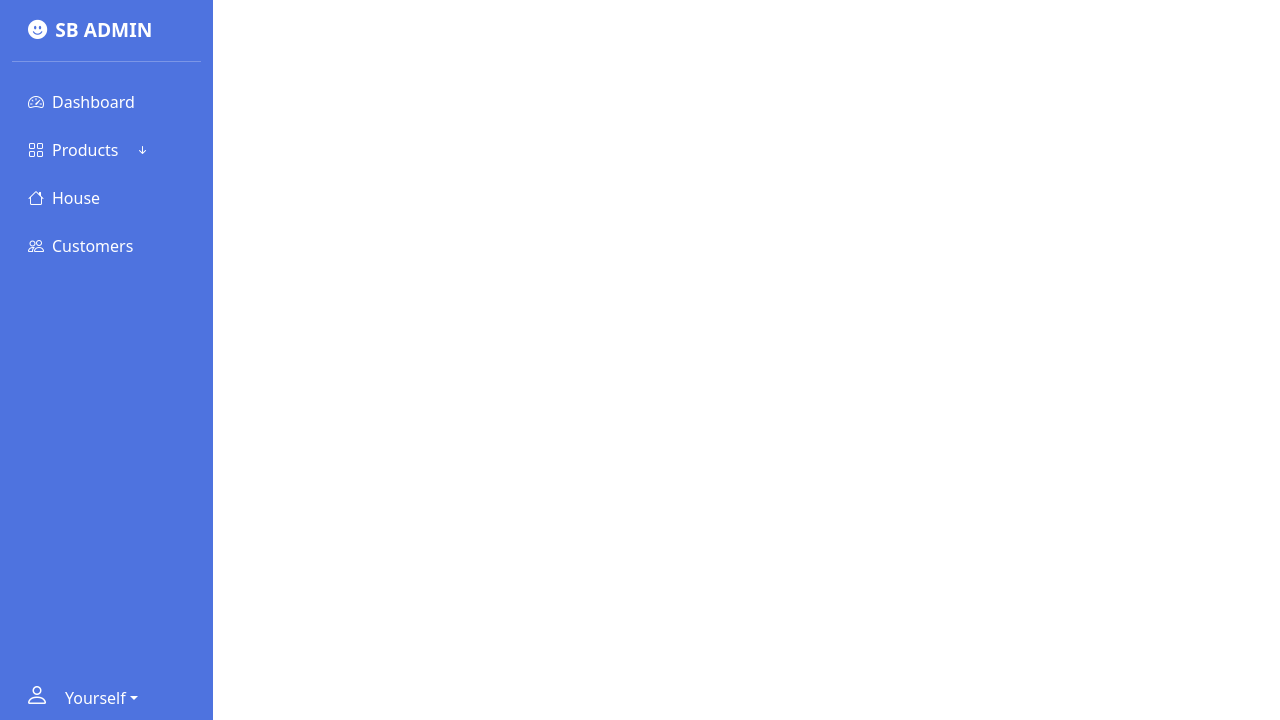
Repository: iqbalaamir/dashboard
Page: /
An editor plug-in stored every save of this project. The page is shown before and after the next save, followed by the edit.
The browser window is 1280 px wide. The pictures show the whole page.
The project was rebuilt for these pictures with package versions that can differ from the ones it lists, and the page was loaded fresh each time. Also part of the build but not shown: src/App.css.

Above is the page before, as saved 2023-04-24 17:27:15.

### src/App.js

import './App.css';
import Sidebar from './components/Sidebar';

function App() {
  return (

      <Sidebar/>
  );
}

export default App;

### src/components/Sidebar.js
import React from "react";
import "bootstrap/dist/css/bootstrap.min.css";
import "bootstrap-icons/font/bootstrap-icons.css";
import "bootstrap/js/dist/dropdown";
import "bootstrap/js/dist/collapse";
import "./sidebar.css";

export default function Sidebar() {
  return (
    <div className="container-fluid">
      <div className="row">
        <div className="col-auto col-sm-2 sideNav d-flex flex-column justify-content-between min-vh-100">
          <div className="mt-3">
            <a
              className="text-decoration-none ms-3 d-flex align-items-center text-white customHeading"
              role="button"
            >
                 <i className="bi bi-emoji-smile-fill"></i>
              <span className="ms-2 d-none d-sm-inline">SB ADMIN</span>
            </a>
            <hr className="text-white d-none d-sm-block"></hr>
            <ul class="nav nav-pills flex-column mt-2 mt-sm-0" id="parentM">
              <li class="nav-item  my-1 py-2 py-sm-0">
                <a
                  class="nav-link text-white text-center text-sm-start"
                  href="#"
                  aria-current="page"
                >
                  <i className="bi bi-speedometer2"></i>
                  <span className="ms-2 d-none d-sm-inline">Dashboard</span>
                </a>
              </li>
              <li class="nav-item  my-1 py-2 py-sm-0">
                <a
                  class="nav-link text-white text-center text-sm-start"
                  href="#submenu"
                  data-bs-toggle="collapse"
                  aria-current="page"
                >
                  <i className="bi bi-grid"></i>
                  <span className="ms-2 d-none d-sm-inline">Products</span>
                  <i className="bi bi-arrow-down-short ms-0 ms-sm-3"></i>
                </a>
                <ul
                  class="nav collapse ms-2 flex-column"
                  id="submenu"
                  data-bs-parent="#parentM"
                >
                  <li class="nav-item ">
                    <a class="nav-link text-white" href="#" aria-current="page">
                      <span className="d-none d-sm-inline"> Item</span>1
                    </a>
                  </li>
                  <li class="nav-item ">
                    <a class="nav-link text-white" href="#">
                      <span className="d-none d-sm-inline"> Item</span>2
                    </a>
                  </li>
                </ul>
              </li>
              <li class="nav-item  my-1">
                <a
                  class="nav-link text-white text-center text-sm-start"
                  href="#"
                  aria-current="page"
                >
                  <i className="bi bi-house"></i>
                  <span className="ms-2 d-none d-sm-inline">House</span>
                </a>
              </li>
              <li class="nav-item text-white my-1">
                <a
                  class="nav-link text-white text-center text-sm-start"
                  href="#"
                  aria-current="page"
                >
                  <i className="bi bi-people"></i>
                  <span className="ms-2 d-none d-sm-inline">Customers</span>
                </a>
              </li>
            </ul>
          </div>
          <div class="dropdown open">
            <a
              class="btn border-none dropdown-toggle text-white"
              type="button"
              id="triggerId"
              data-bs-toggle="dropdown"
              aria-haspopup="true"
              aria-expanded="false"
            >
              <i className="bi bi-person fs-4"></i>
              <span className="f5-5 ms-3 d-none d-sm-inline">Yourself</span>
            </a>
            <div class="dropdown-menu" aria-labelledby="triggerId">
              <a class="dropdown-item" href="#">
                Profile
              </a>
              <a class="dropdown-item" href="#">
                Setting
              </a>
            </div>
          </div>
        </div>
      </div>
    </div>
  );
}

### src/components/sidebar.css
#parentM li a:hover {
    background-color: #9eacd4;

}
.sideNav{
   background-color: #4e73df;
}
.customHeading{
    font-weight: bold;
    font-size: larger;
}

Loaded but not shown: public/index.html (common file); src/index.js (common file); src/index.css (common file); src/reportWebVitals.js (common file)

After the next save:
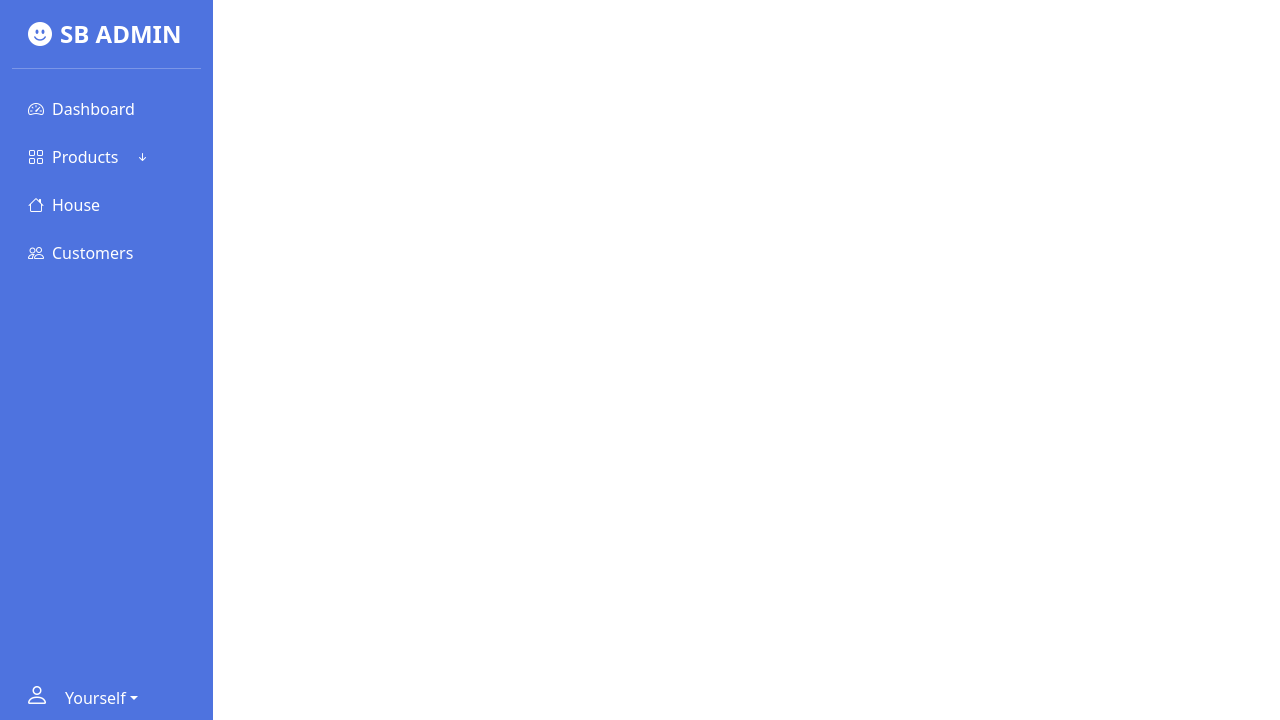
Saved 6 s later.
--- a/src/components/sidebar.css
+++ b/src/components/sidebar.css
@@ -7,5 +7,5 @@
 }
 .customHeading{
     font-weight: bold;
-    font-size: larger;
+    font-size: x-large;
 }
